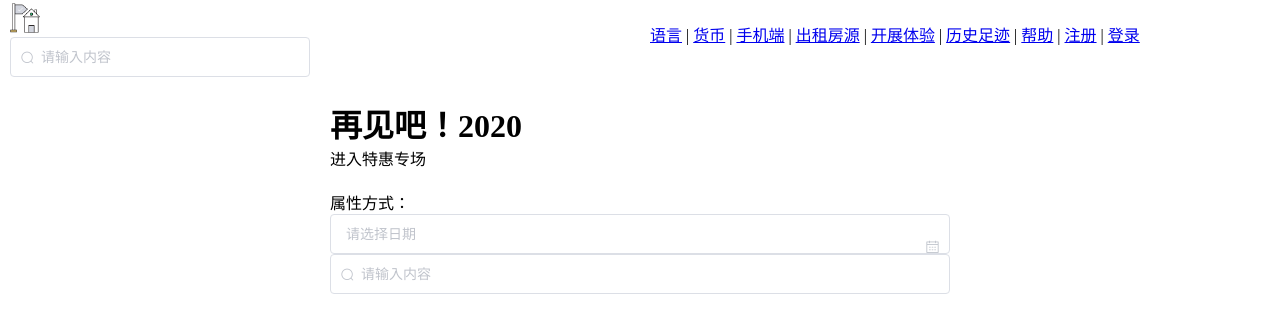
Repository: yz1181214391/my-airbnb
Page: /
These files come from the project's save history. The page is drawn as it stood at one moment and after the next save; the edit follows.
The browser window is 1280 px wide. The pictures show the whole page.
The project was rebuilt for these pictures with package versions that can differ from the ones it lists, and the page was loaded fresh each time. Also part of the build but not shown: src/components/Banner.vue, src/views/Language.vue, src/views/Currency.vue, src/views/Enter.vue, src/views/Experience.vue, src/views/Help.vue, src/views/History.vue, src/views/Mobile.vue and 2 more.

Above is the page before, as saved 2020-12-09 15:53:39.

After the next save:
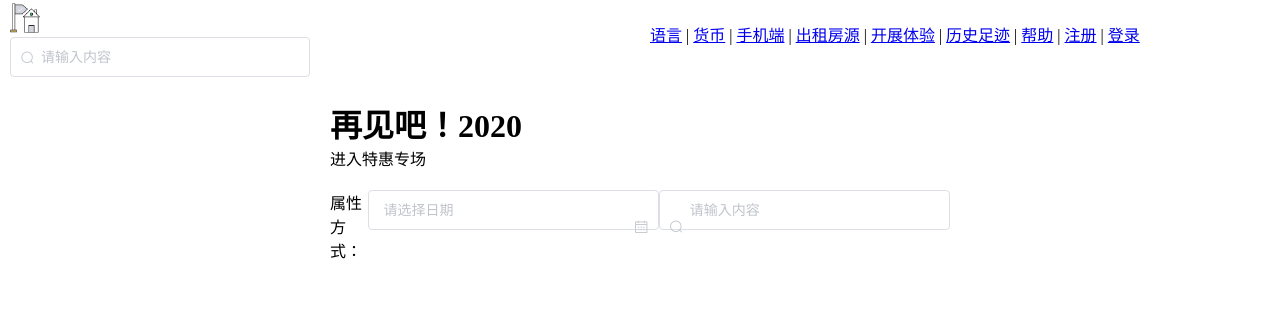
Saved 109 s later.
--- a/src/components/Header.vue
+++ b/src/components/Header.vue
@@ -33,10 +33,9 @@
       <el-row :gutter="20">
         <el-col :span="12" :offset="6">
           <div class="grid-content bg-purple">
-            <div class="demo-input-suffix">
+            <div class="demo-input-suffix" style="display:flex">
               属性方式：
               <el-input
-                style="display:inline"
                 placeholder="请选择日期"
                 suffix-icon="el-icon-date"
                 v-model="input2">
